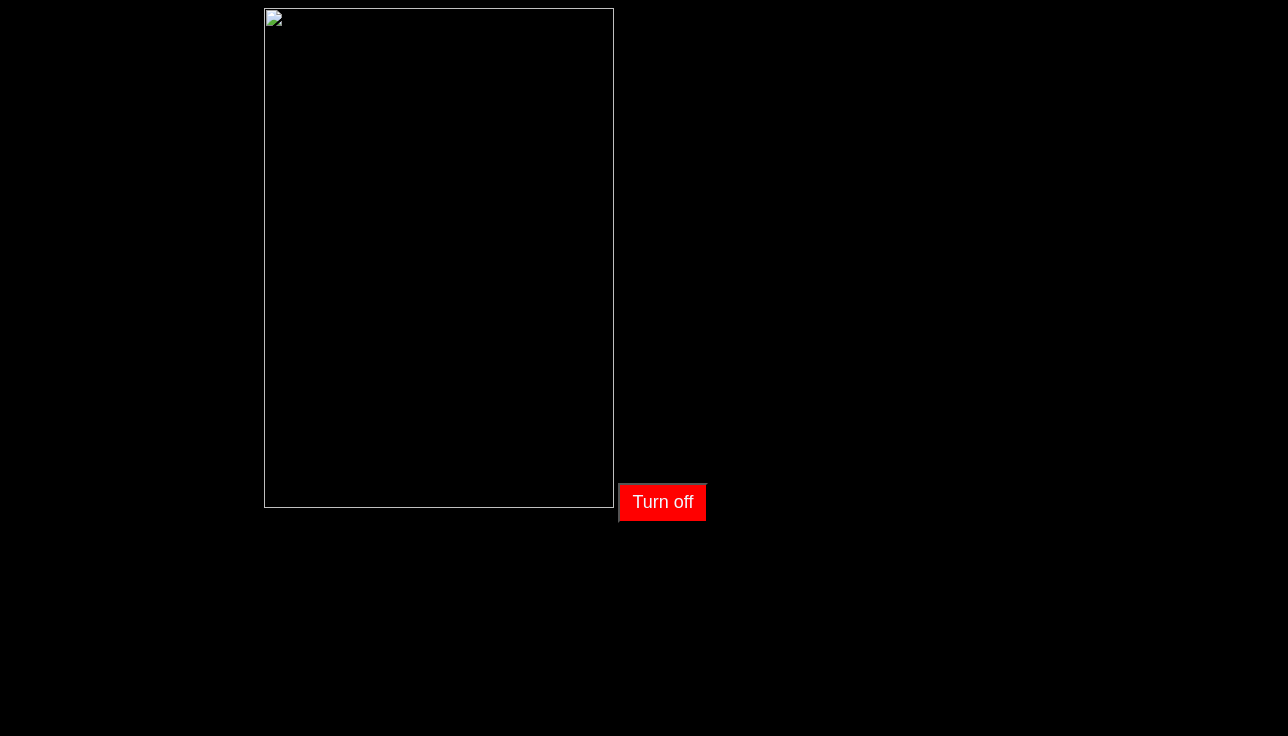
Repository: JunaidAnsari202/bulb
Page: index.html
An editor plug-in stored every save of this project. The page is shown before and after the next save, followed by the edit.
The browser window is 1280 px wide. The page is 1288 px wide, so the pictures cover 1288 px, including what lies to the right of the window. The pictures show the whole page.
After loading, the first visible `#btn` was clicked once.

Above is the page before, as saved 2023-10-25 12:01:14.
Not found: img/off .jpg

After the next save:
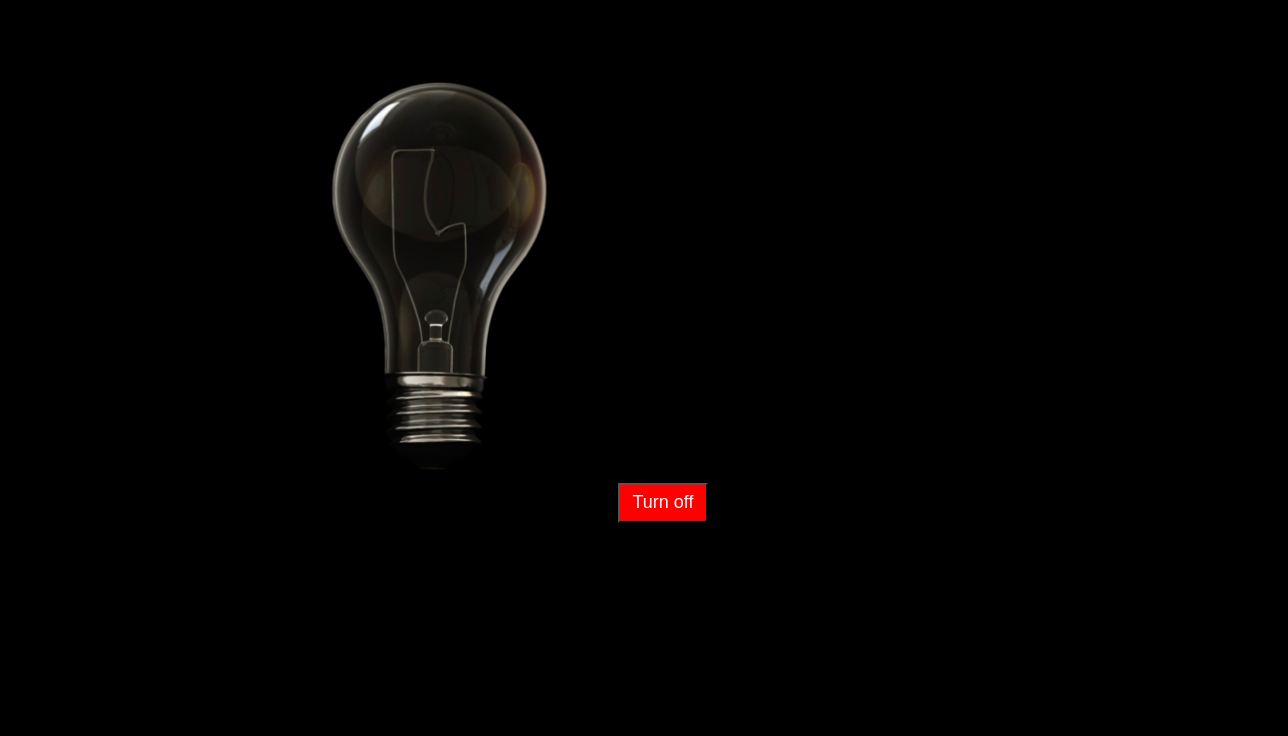
Saved 6 s later.
--- a/index.html
+++ b/index.html
@@ -18,7 +18,7 @@
     button.addEventListener('click',bulbs)
     function bulbs(e){
         if(button.textContent.includes('on')){
-            bulb.src="img/off .jpg"
+            bulb.src="img/off.jpg"
             button.textContent="Turn off"
 
         }
